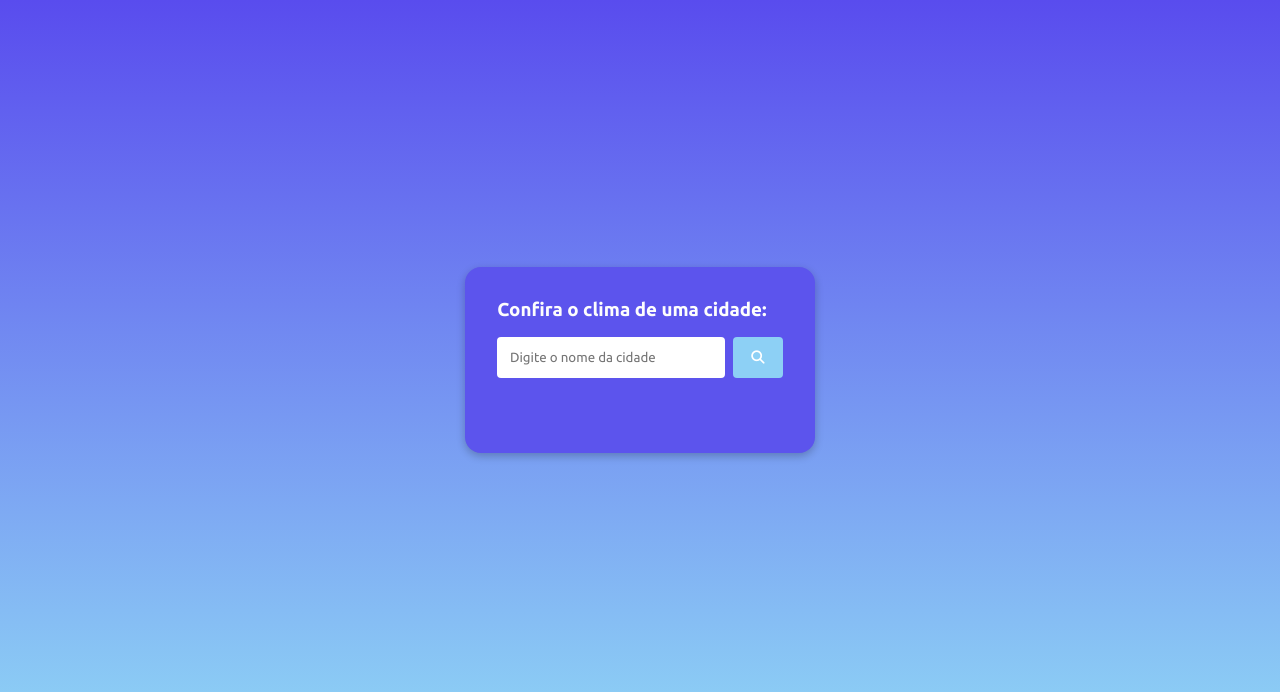
Repository: willamesalmeida/Clima
Page: index.html
These files come from the project's save history. The page is drawn as it stood at one moment and after the next save; the edit follows.
The browser window is 1280 px wide. The pictures show the whole page.

Above is the page before, as saved 2022-09-27 18:01:18.

### index.html
<!DOCTYPE html>
<html lang="en">
  <head>
    <meta charset="UTF-8" />
    <meta http-equiv="X-UA-Compatible" content="IE=edge" />
    <meta name="viewport" content="width=device-width, initial-scale=1.0" />
    <title>Clima</title>
    <link rel="stylesheet" href="css/styles.css" />
    <!-- Google Fonts -->
    <link rel="preconnect" href="https://fonts.googleapis.com" />
    <link rel="preconnect" href="https://fonts.gstatic.com" crossorigin />
    <link
      href="https://fonts.googleapis.com/css2?family=Roboto+Flex:opsz,wght@8..144,400;8..144,500&family=Roboto:ital,wght@0,100;0,300;0,400;0,500;0,700;0,900;1,100;1,300;1,400;1,500;1,700;1,900&family=Ubuntu:ital,wght@0,300;0,400;0,500;0,700;1,300;1,400;1,500;1,700&display=swap"
      rel="stylesheet"
    />
    <!-- Font Awesome -->
    <link
      rel="stylesheet"
      href="https://cdnjs.cloudflare.com/ajax/libs/font-awesome/6.2.0/css/all.min.css"
      integrity="sha512-xh6O/CkQoPOWDdYTDqeRdPCVd1SpvCA9XXcUnZS2FmJNp1coAFzvtCN9BmamE+4aHK8yyUHUSCcJHgXloTyT2A=="
      crossorigin="anonymous"
      referrerpolicy="no-referrer"
    />

  </head>
  <body>
    <div class="container">
      <div class="form">
        <h3>Confira o clima de uma cidade:</h3>
        <div class="form-input-container">
          <input
          type="text"
          placeholder="Digite o nome da cidade"
          id="city-input"
          />
          <button id="search" class="Willames">
            <i class="fa-solid fa-magnifying-glass"></i>
          </button>
        </div>
      </div>
      <div id="weather-data" class="hide">
        <h2>
          <i class="fa-solid fa-location-dot"></i>
          <span id="city"></span>
          <img src="" alt="Bandeira do país" id="country" />
        </h2>
        <p id="temperature"><span></span>&deg;C</p>
        <div id="description-container">
          <p id="description"></p>
          <img src="" alt="Condições do tempo" id="weather-icon" />
        </div>
        <div id="details-container">
          <p id="humidity">
            <i class="fa-solid fa-droplet"></i>
            <span></span>
          </p>
          <p id="wind">
            <i class="fa-solid fa-wind"></i>
            <span></span>
          </p>
        </div>
      </div>
      <div id="loading"></div>
    </div>
    <script src="js/script.js"></script>
  </body>
  </html>

### css/styles.css
/* Geral */
*{
    padding: 0;
    margin: 0;
    font-family: "ubuntu", sans-serif;
}

body{
    background: linear-gradient(180deg, rgba(89,76,238,1) 0%, #8dd0f5 100%);
    display: flex;
    justify-content: center;
    align-items: center;
    height: 100vh;
}
.hide{
    display: none;
}

.container{
    background-color: #5c54ed;
    box-shadow: rgba(0,0,0,0.24) 0px 3px 8px;
    padding: 2rem;
    color: #fdfdfd;
    border-radius: 1rem;
}

/* formulario */
.form h3{
    margin-bottom: 1rem;
}
.form-input-container{
    display: flex;
}
.form input{
    padding: 0.8rem;
    border:none;
    flex: 1;
    border-radius: 4px;

}

.form button{
    padding: 0.8rem;
    min-width: 50px;
    margin-left: 8px;
    background-color: #8dd0f5;
    color: #fff;
    border: none;
    border-radius: 4px;
    cursor: pointer;
}

/* Clima */
#weather-data{
    border-top: 1px solid #fff ;
    margin-top: 1.5rem;
    padding-top: 1.5rem;
    text-align: center;
}

#weather-data h2 {
    display: flex;
    justify-content: center;
    align-items: center;
    margin-bottom: 0.6rem;
}
#weather-data h2 i{
    font-size: 1rem;
}
#weather-data span{
 margin: 0.6rem;
}
#country{
    height: 15px;
}
#description-container {
    display: flex;
    justify-content: center;
    align-items: center;
    margin: 0.6rem 0;
}
#description {
    font-weight: bold;
    text-transform: capitalize;
}
#details-container{
    display: flex;
    justify-content: center;
    align-items: center;
}

#details-container #humidity{
    border-right:1px solid #ffff;
    margin: 0.6rem;
    padding: 0.6rem;
}


#loading {
    width: 2rem;
    height: 2rem;
    border: 5px solid #f3f3f3;
    border-top: 6px solid #9c41f2;
    border-radius: 100%;
    margin: auto;
    visibility: hidden;
    animation: spin 1s infinite linear;
}
#loading.display {
    visibility: visible;
}
@keyframes spin {
    from {
        transform: rotate(0deg);
    }
    to {
        transform: rotate(360deg);
    }
}

### js/script.js

//Variaveis e Seleção de elementos
const apiKey = "f5efb8fb1dbd3febf146ae616cdf96b5"
const apiContryURL = "https://countryflagsapi.com/png/";

const cityInput = document.querySelector("#city-input");
var searchBtn = document.querySelector("#search");

const cityElement = document.querySelector("#city");
const countryIconElement = document.querySelector("#country")
const tempElement = document.querySelector("#temperature span");
const descripElement = document.querySelector("#description");
const weatherIconElement = document.querySelector("#weather-icon")
const humidityIconElement = document.querySelector("#humidity span")
const windIconElement = document.querySelector("#wind span");

const weatherContainer = document.querySelector("#weather-data")

const loader = document.querySelector("#loading");

//Funções
const getWeatherData = async(city) => {
    const apiWeatherURL = `https://api.openweathermap.org/data/2.5/weather?q=${city}&units=metrica&appid=${apiKey}&lang=pt_br`;
    displayLoading()
    const res = await fetch(apiWeatherURL)
    const data = await res.json();
    hideLoading()
    return data
}

const showWeatherData = async (city) => {
    const data = await getWeatherData(city);
    cityElement.innerText = data.name;
    tempElement.innerText = parseInt(data.main.temp);
    descripElement.innerText = data.weather[0].description;
    weatherIconElement.setAttribute("src", `http://openweathermap.org/img/wn/${data.weather[0].icon}.png`);
    countryIconElement.setAttribute("src",apiContryURL + data.sys.country);
    humidityIconElement.innerText = `${data.main.humidity}%`;
   windIconElement.innerText = `${data.wind.speed} km/h`
    weatherContainer.classList.remove("hide")
}


document.querySelector("#loading");

// showing loading
function displayLoading() {
    loader.classList.add("display");
    // to stop loading after some time
    setTimeout(() => {
        loader.classList.remove("display");
    }, 5000);
}

// hiding loading
function hideLoading() {
    loader.classList.remove("display");
}

//Eventos
searchBtn.addEventListener('click', (e) => {

    e.preventDefault();

    const city = cityInput.value
    showWeatherData(city)
}
)
cityInput.addEventListener("keyup", (e) => {
    if(e.code === "Enter"){
        const city = e.target.value
        showWeatherData(city)
    }
})

After the next save:
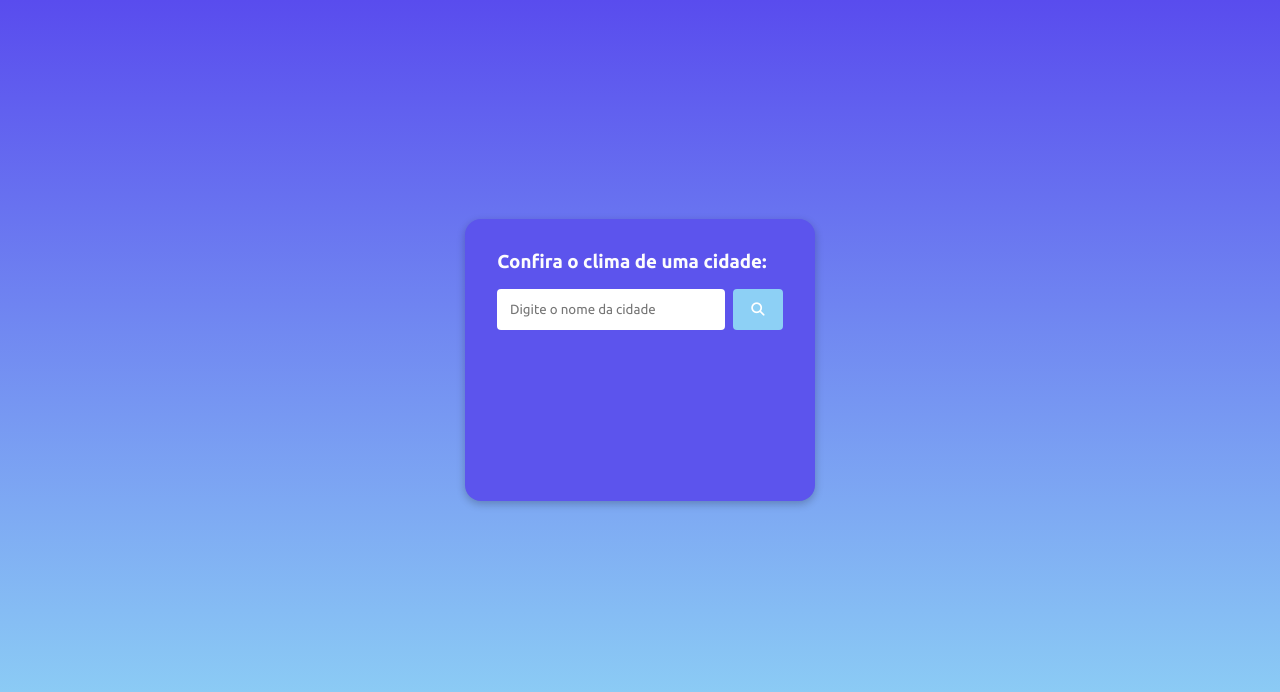
Saved 8 min 32 s later.
--- a/css/styles.css
+++ b/css/styles.css
@@ -105,6 +105,7 @@
     margin: auto;
     visibility: hidden;
     animation: spin 1s infinite linear;
+    padding-top: 6rem;
 }
 #loading.display {
     visibility: visible;

After the save that followed:
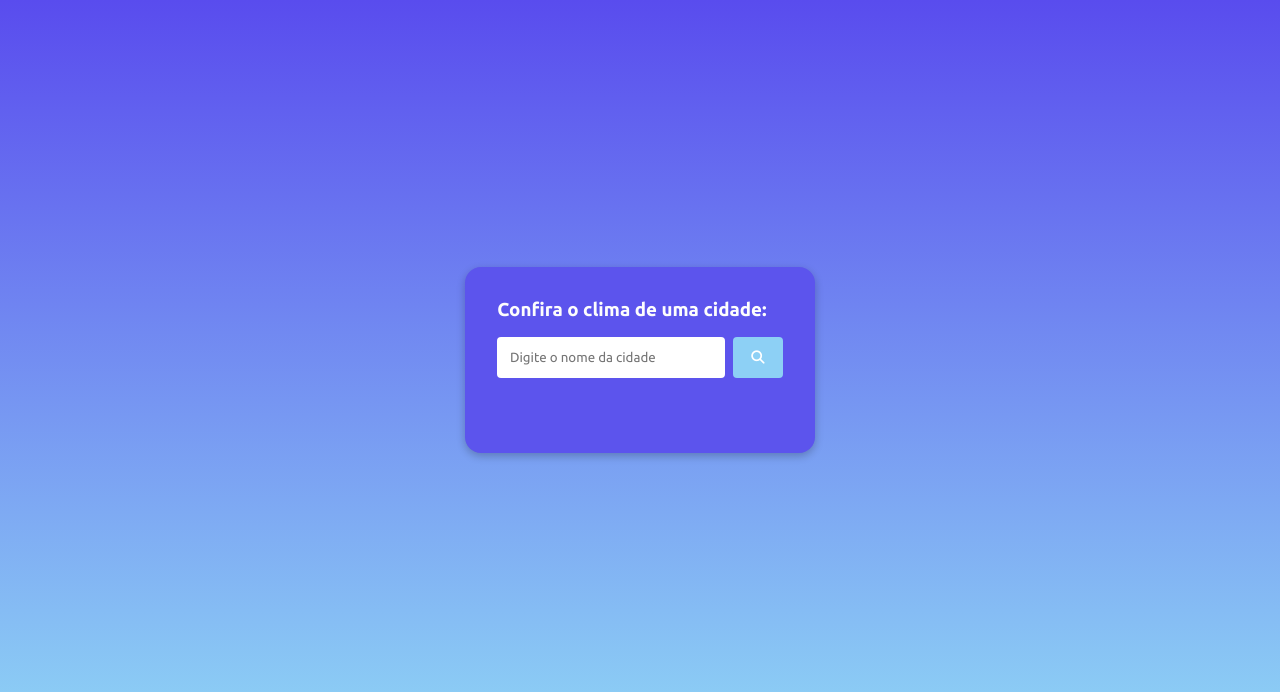
Saved 8 s later.
--- a/css/styles.css
+++ b/css/styles.css
@@ -105,7 +105,6 @@
     margin: auto;
     visibility: hidden;
     animation: spin 1s infinite linear;
-    padding-top: 6rem;
 }
 #loading.display {
     visibility: visible;
